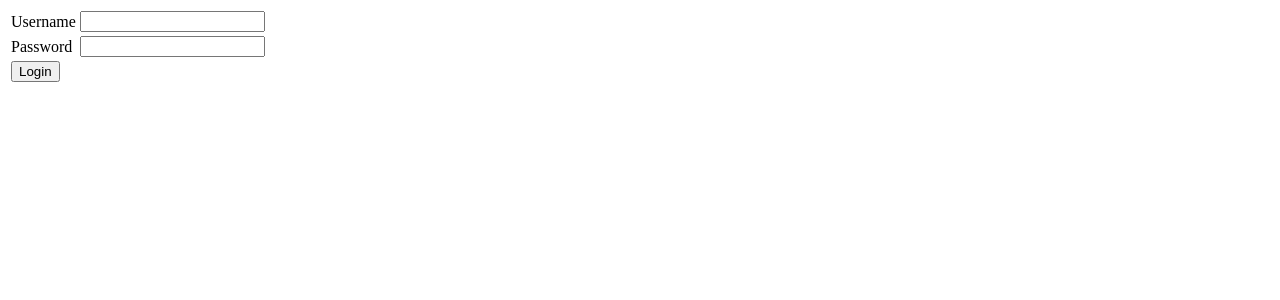
Repository: devAyush2025/JSP_TUT
Page: myapp/src/main/webapp/login.html
An editor plug-in stored every save of this project. The page is shown before and after the next save, followed by the edit.
The browser window is 1280 px wide. The pictures show the whole page.

Above is the page before, as saved 2024-11-21 12:00:51.

### myapp/src/main/webapp/login.html
<!DOCTYPE html>
<html>
<head>
<meta charset="ISO-8859-1">
<title>Login</title>
</head>
<body>
	 <form method="post" action="loginServlet">
        <table>
            <tr>
                <td>Username</td>
                <td><input type="text" name="uname" id=""></td>
            </tr>

            <tr>
                <td>Password</td>
                <td><input type="password" name="pass" id=""></td>
            </tr>

            <tr>
                <td><button type="submit" value="Login">Login</button></td>
            </tr>
        </table>
    </form>
</body>
</html>

After the next save:
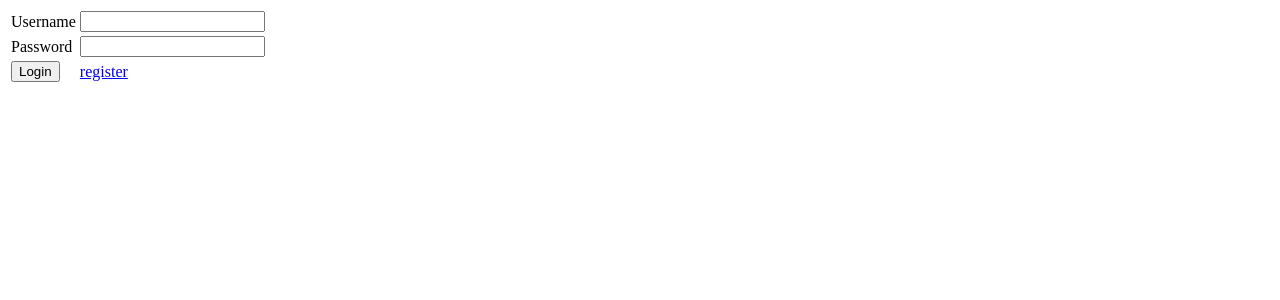
Saved 3 s later.
--- a/myapp/src/main/webapp/login.html
+++ b/myapp/src/main/webapp/login.html
@@ -19,6 +19,7 @@
 
             <tr>
                 <td><button type="submit" value="Login">Login</button></td>
+                <td><a type="submit" href="register.html" value="Login">register</a></td>
             </tr>
         </table>
     </form>
